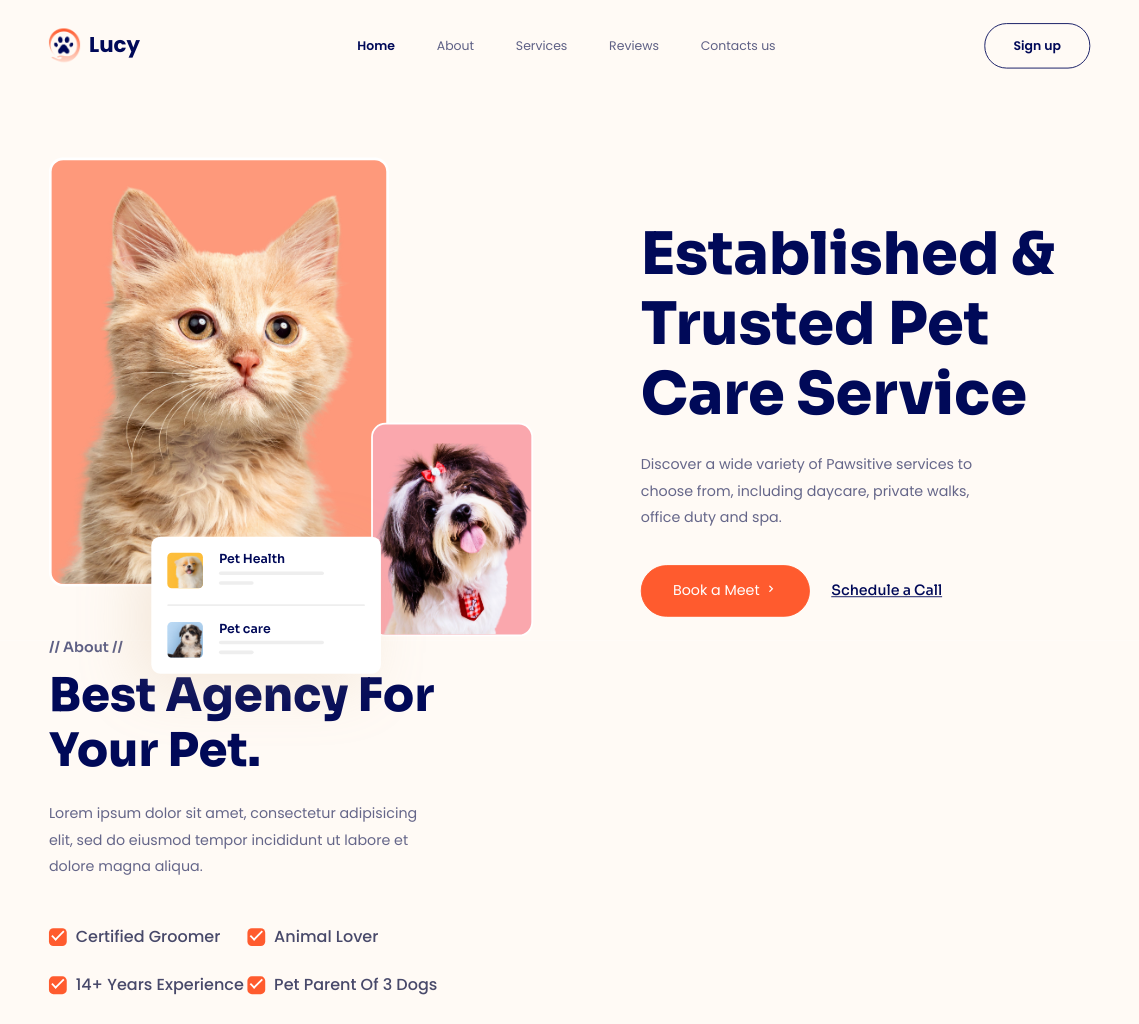
Repository: Cuongquaidan/F8projeact-04
Page: index.html
These files come from the project's save history. The page is drawn as it stood at one moment and after the next save; the edit follows.
The browser window is 1280 px wide. The pictures show the whole page, at 89% of full size.

Above is the page before, as saved 2023-04-15 13:18:12.

After the next save:
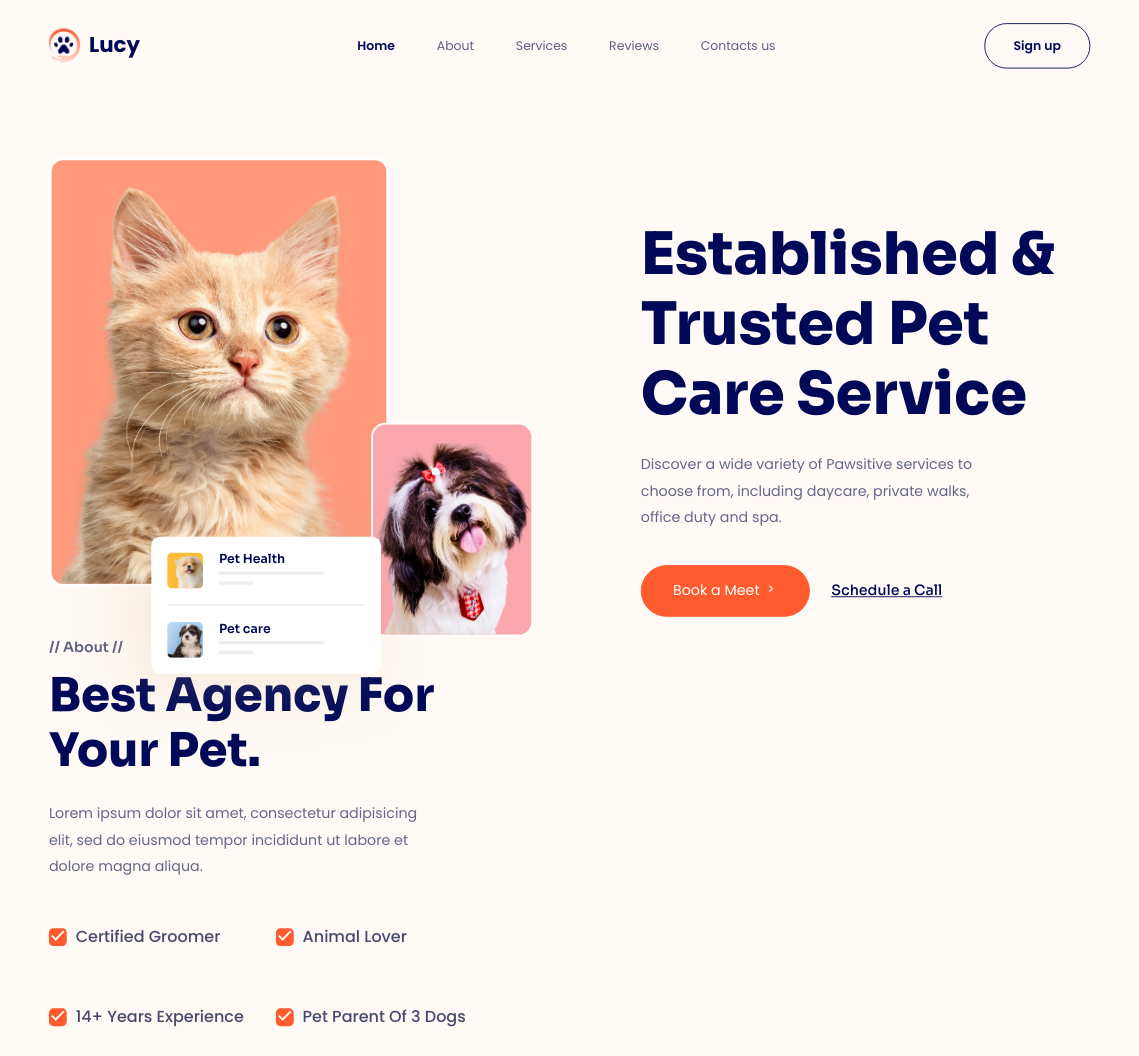
Saved 42 s later.
--- a/asset/css/styles.css
+++ b/asset/css/styles.css
@@ -312,6 +312,7 @@ a {
     display: grid;
     margin-top: 54px;
     grid-template-columns: repeat(2, 1fr);
+    gap: 36px;
 }
 .about__contents-check-box {
     display: flex;
